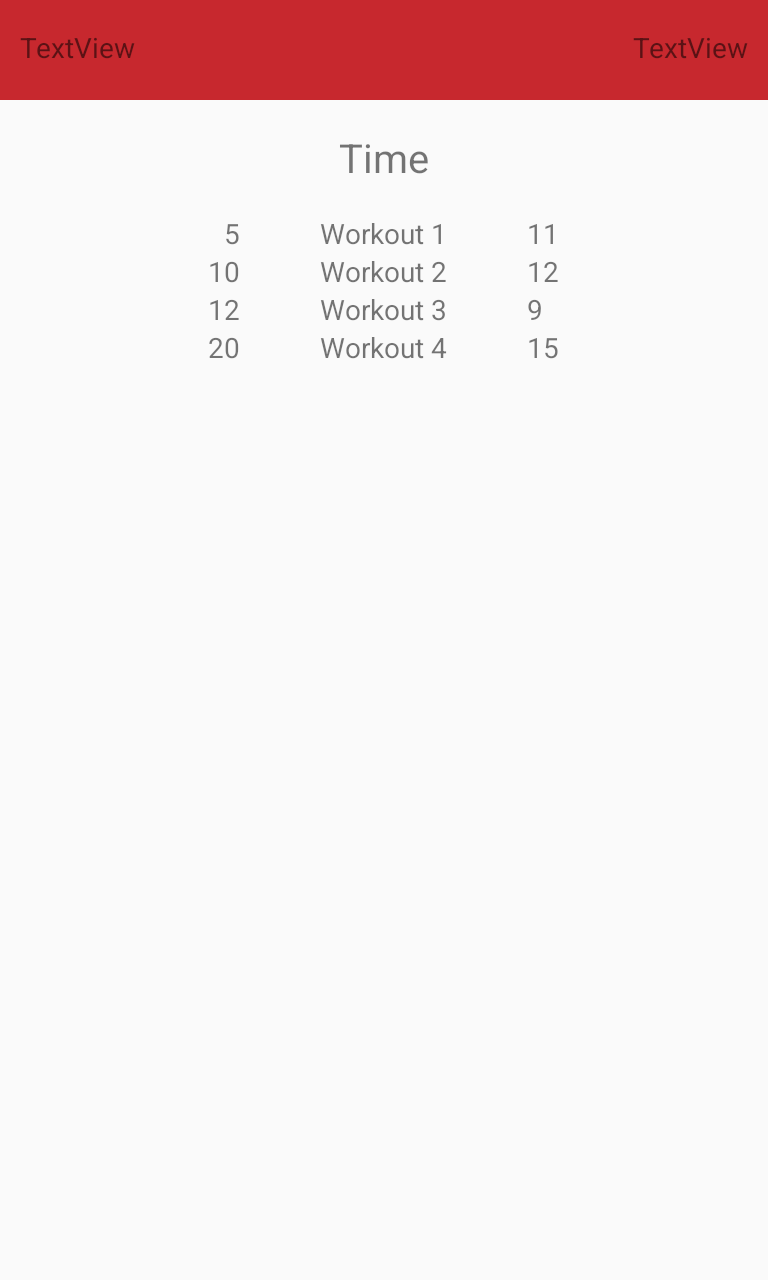
Repository: hackathon-2014/devdroid-repo
Layout: HealthyCompetition/res/layout/battlefield_layout.xml
An editor plug-in stored every save of this project. The layout is shown before and after the next save, followed by the edit.
It is drawn on a 768 x 1280 px phone screen (xhdpi) without system bars, with theme AppTheme; the app's code is not run.

Above is the layout before, as saved 2014-08-23 19:03:49.

### HealthyCompetition/res/layout/battlefield_layout.xml
<?xml version="1.0" encoding="utf-8"?>
<LinearLayout xmlns:android="http://schemas.android.com/apk/res/android"
    android:layout_width="match_parent"
    android:layout_height="match_parent"
    android:orientation="vertical" >

    <RelativeLayout
        android:id="@+id/relative_layout_versus"
        android:layout_width="match_parent"
        android:layout_height="wrap_content" >

        <ImageView
            android:id="@+id/versus_image"
            android:layout_width="match_parent"
            android:layout_height="50dp"
            android:background="@color/light_red" />

        <TextView
            android:id="@+id/time_view"
            android:layout_width="wrap_content"
            android:layout_height="wrap_content"
            android:layout_below="@+id/versus_image"
            android:layout_centerHorizontal="true"
            android:layout_marginTop="15dp"
            android:text="Time"
            android:textSize="20dp" />

        <TextView
            android:id="@+id/player_one_name"
            android:layout_width="wrap_content"
            android:layout_height="wrap_content"
            android:layout_alignParentLeft="true"
            android:layout_alignParentTop="true"
            android:layout_marginLeft="10dp"
            android:layout_marginTop="14dp"
            android:text="TextView" />

        <TextView
            android:id="@+id/player_two_name"
            android:layout_width="wrap_content"
            android:layout_height="wrap_content"
            android:layout_alignBaseline="@+id/player_one_name"
            android:layout_alignBottom="@+id/player_one_name"
            android:layout_alignParentRight="true"
            android:layout_alignParentTop="true"
            android:layout_marginRight="10dp"
            android:text="TextView" />
    </RelativeLayout>

    <RelativeLayout
        android:id="@+id/workout_layout_one"
        android:layout_width="match_parent"
        android:layout_height="wrap_content"
        android:layout_marginTop="15dp"
        android:orientation="vertical" >

        <TextView
            android:id="@+id/workout_one"
            android:layout_width="wrap_content"
            android:layout_height="wrap_content"
            android:layout_centerHorizontal="true"
            android:text="Workout 1" />

        <TextView
            android:id="@+id/playerone_workoutone"
            android:layout_width="wrap_content"
            android:layout_height="wrap_content"
            android:layout_alignParentTop="true"
            android:layout_marginRight="40dp"
            android:layout_toLeftOf="@+id/workout_one"
            android:text="5" />

        <TextView
            android:id="@+id/playertwo_workoutone"
            android:layout_width="wrap_content"
            android:layout_height="wrap_content"
            android:layout_alignParentTop="true"
            android:layout_marginLeft="40dp"
            android:layout_toRightOf="@+id/workout_one"
            android:text="11" />
    </RelativeLayout>

    <RelativeLayout
        android:id="@+id/workout_layout_two"
        android:layout_width="match_parent"
        android:layout_height="wrap_content"
        android:orientation="vertical" >

        <TextView
            android:id="@+id/workout_two"
            android:layout_width="wrap_content"
            android:layout_height="wrap_content"
            android:layout_centerHorizontal="true"
            android:text="Workout 2" />

        <TextView
            android:id="@+id/playerone_workouttwo"
            android:layout_width="wrap_content"
            android:layout_height="wrap_content"
            android:layout_alignParentTop="true"
            android:layout_marginRight="40dp"
            android:layout_toLeftOf="@+id/workout_two"
            android:text="10" />

        <TextView
            android:id="@+id/playertwo_workouttwo"
            android:layout_width="wrap_content"
            android:layout_height="wrap_content"
            android:layout_alignParentTop="true"
            android:layout_marginLeft="40dp"
            android:layout_toRightOf="@+id/workout_two"
            android:text="12" />
    </RelativeLayout>

    <RelativeLayout
        android:id="@+id/workout_layout_three"
        android:layout_width="match_parent"
        android:layout_height="wrap_content"
        android:orientation="vertical" >

        <TextView
            android:id="@+id/workout_three"
            android:layout_width="wrap_content"
            android:layout_height="wrap_content"
            android:layout_centerHorizontal="true"
            android:text="Workout 3" />

        <TextView
            android:id="@+id/playerone_workoutthree"
            android:layout_width="wrap_content"
            android:layout_height="wrap_content"
            android:layout_alignParentTop="true"
            android:layout_marginRight="40dp"
            android:layout_toLeftOf="@+id/workout_three"
            android:text="12" />

        <TextView
            android:id="@+id/playertwo_workoutthree"
            android:layout_width="wrap_content"
            android:layout_height="wrap_content"
            android:layout_alignParentTop="true"
            android:layout_marginLeft="40dp"
            android:layout_toRightOf="@+id/workout_three"
            android:text="9" />
    </RelativeLayout>

    <RelativeLayout
        android:id="@+id/workout_layout_four"
        android:layout_width="match_parent"
        android:layout_height="wrap_content"
        android:orientation="vertical" >

        <TextView
            android:id="@+id/workout_four"
            android:layout_width="wrap_content"
            android:layout_height="wrap_content"
            android:layout_centerHorizontal="true"
            android:text="Workout 4" />

        <TextView
            android:id="@+id/playerone_workoutfour"
            android:layout_width="wrap_content"
            android:layout_height="wrap_content"
            android:layout_alignParentTop="true"
            android:layout_marginRight="40dp"
            android:layout_toLeftOf="@+id/workout_four"
            android:text="20" />

        <TextView
            android:id="@+id/playertwo_workoutfour"
            android:layout_width="wrap_content"
            android:layout_height="wrap_content"
            android:layout_alignParentTop="true"
            android:layout_marginLeft="40dp"
            android:layout_toRightOf="@+id/workout_four"
            android:text="15" />
    </RelativeLayout>

</LinearLayout>

### HealthyCompetition/res/values/color.xml
<?xml version="1.0" encoding="utf-8"?>
<resources>
    <color name= "light_red">#C7282E</color>
</resources>

Loaded but not shown: HealthyCompetition/res/values/styles.xml (common file); HealthyCompetition/res/values-v11/styles.xml (common file); HealthyCompetition/res/values-v14/styles.xml (common file)

After the next save:
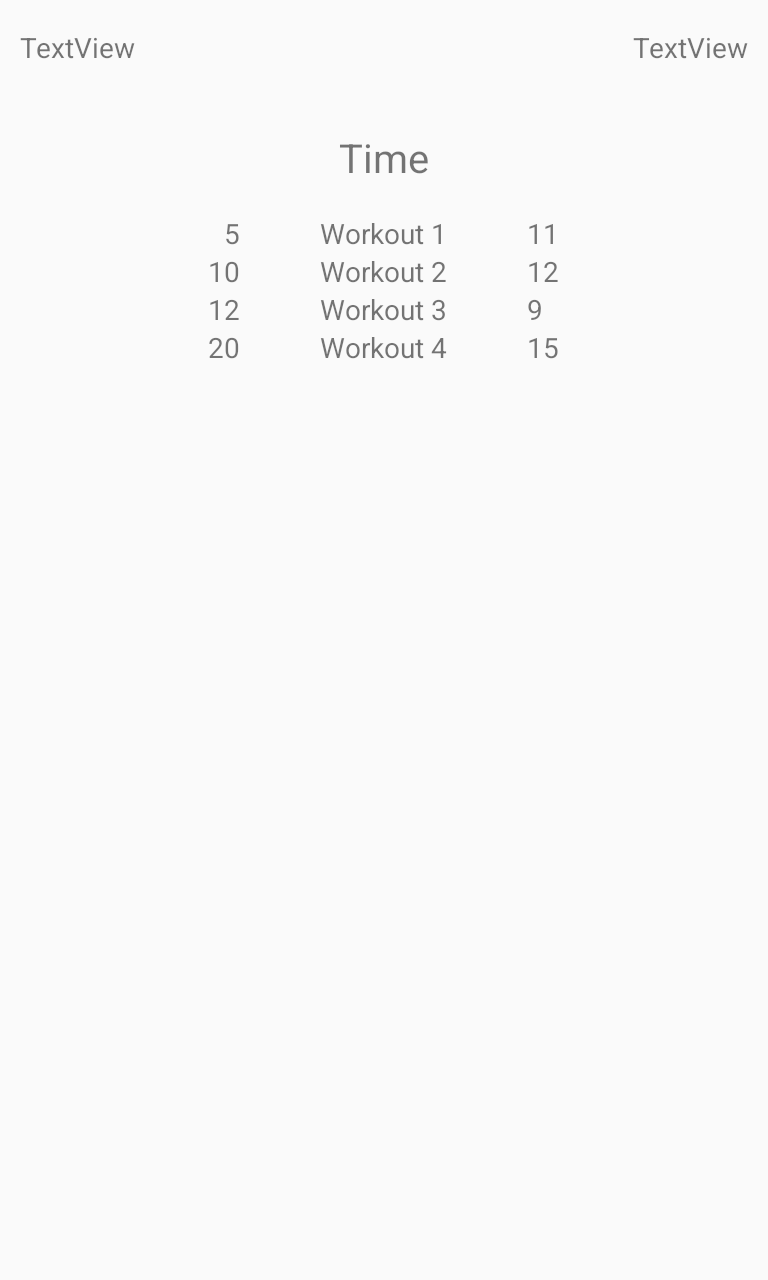
Saved 6 min 2 s later.
--- a/HealthyCompetition/res/layout/battlefield_layout.xml
+++ b/HealthyCompetition/res/layout/battlefield_layout.xml
@@ -13,7 +13,7 @@
             android:id="@+id/versus_image"
             android:layout_width="match_parent"
             android:layout_height="50dp"
-            android:background="@color/light_red" />
+            android:src="@drawable/vs-banner" />
 
         <TextView
             android:id="@+id/time_view"
